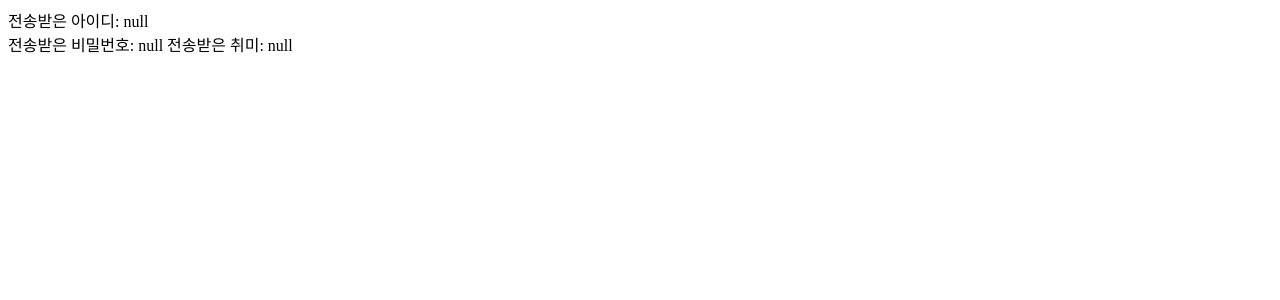
Repository: jungreul97/jsp_pracitce
Page: http://localhost/JSPBasic/JspObject/1.requests/req_param_getpost.jsp
The author's editor kept a copy of each file at every save. The page is drawn from the files as they stood at one save, then again after the next save.
The browser window is 1280 px wide. The pictures show the whole page.
The page is served by Tomcat 9.

Above is the page before, as saved 2022-02-03 06:14:20.

After the next save:
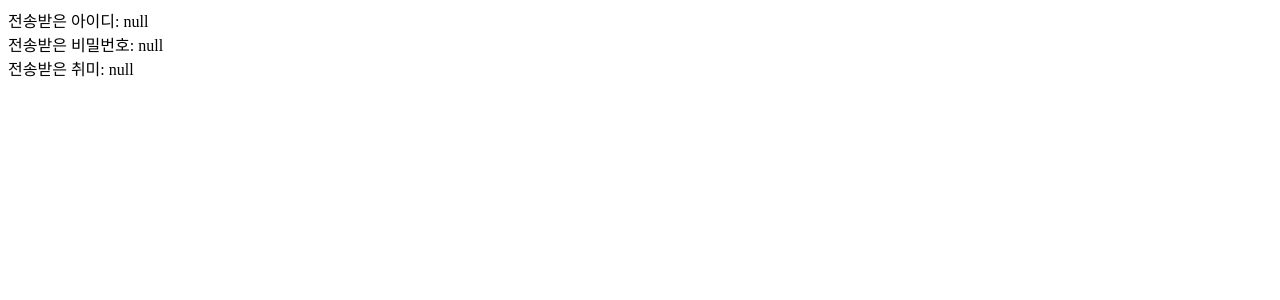
Saved 4 min 58 s later.
--- a/JSPBasic/src/main/webapp/JspObject/1.requests/req_param_getpost.jsp
+++ b/JSPBasic/src/main/webapp/JspObject/1.requests/req_param_getpost.jsp
@@ -18,8 +18,8 @@
 <body>
 
 	전송받은 아이디: <%= id %><br/>
-	전송받은 비밀번호: <%= pw %>
-	전송받은 취미: <%=  hobby %>
+	전송받은 비밀번호: <%= pw %><br/>
+	전송받은 취미: <%=  hobby %><br/>
 
 </body>
 </html>
